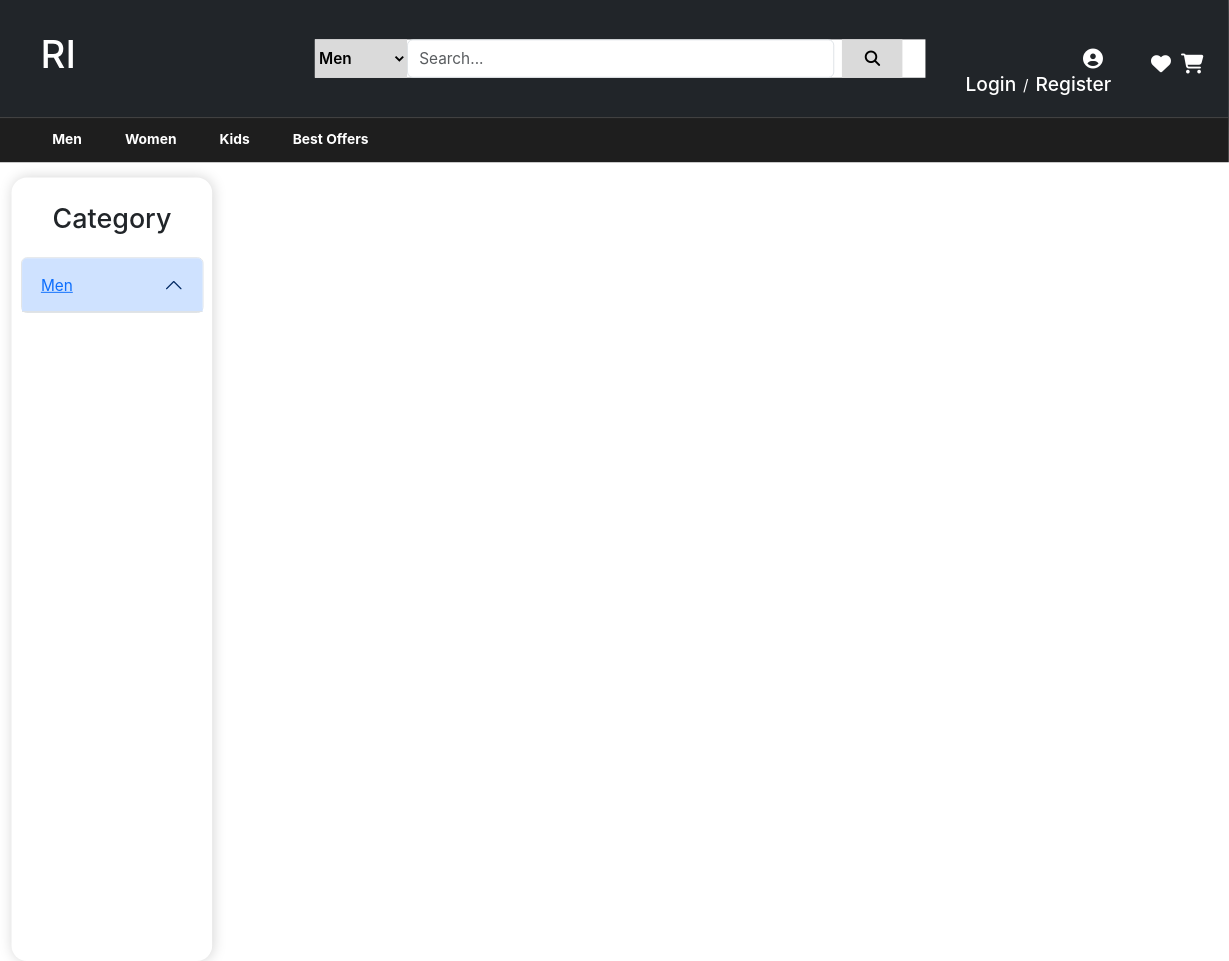
Repository: KodandaraoChellapilli/e-store
Page: /
These files come from the project's save history. The page is drawn as it stood at one moment and after the next save; the edit follows.
The browser window is 1280 px wide. The pictures show the whole page, at 96% of full size.
The project was rebuilt for these pictures with package versions that can differ from the ones it lists, and the page was loaded fresh each time. Also part of the build but not shown: src/App.css.

Above is the page before, as saved 2025-06-09 14:53:07.

After the next save:
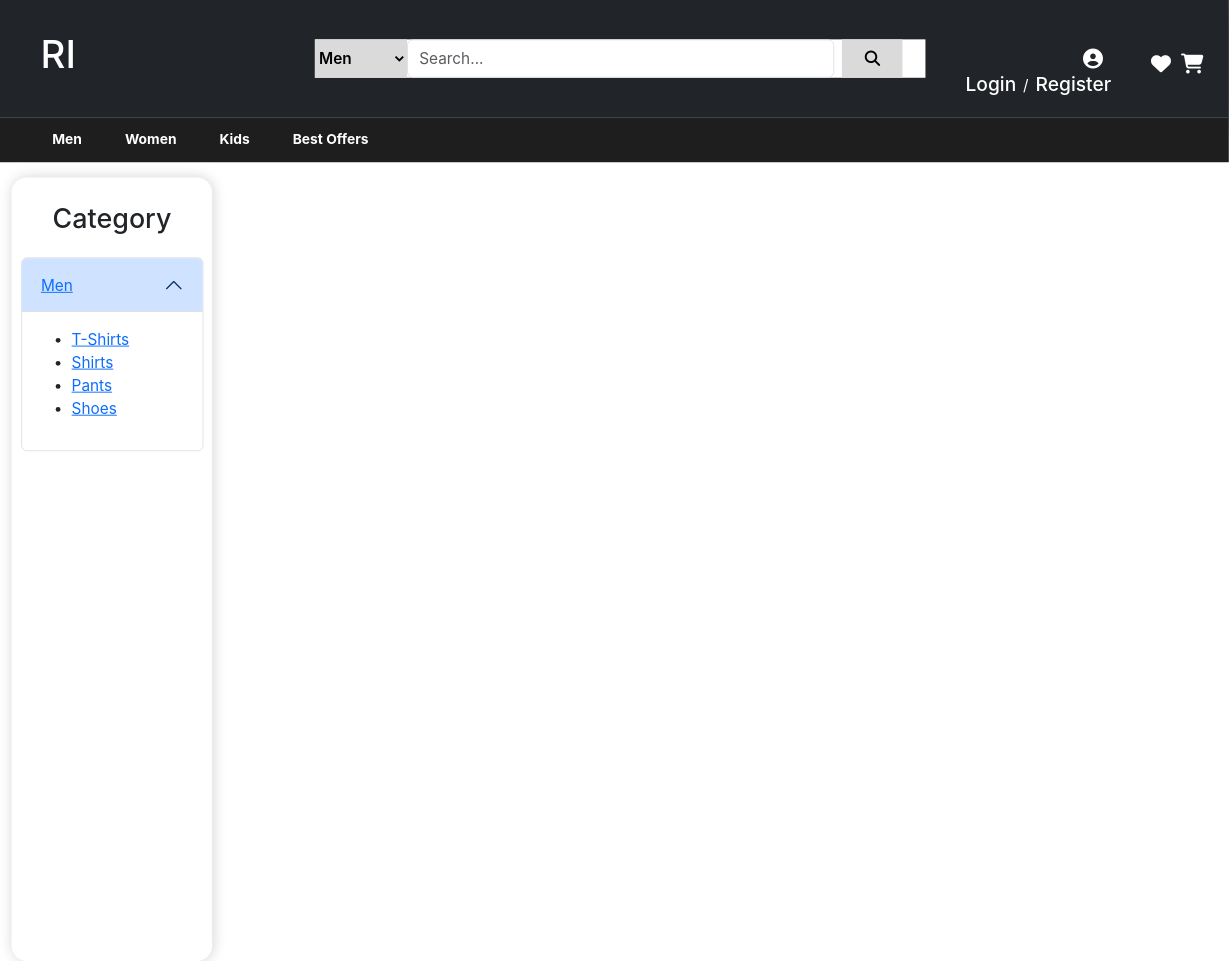
Saved 108 s later.
--- a/src/Components/SideNav/index.js
+++ b/src/Components/SideNav/index.js
@@ -21,6 +21,18 @@ const SideNav =()=>{
 
                     </div>
 
+                    <div className='accordion-collapse collapse show'>
+                        <div className='accordion-body'>
+                            <ul className='category-list'>
+                                <li><a href='#'>T-Shirts</a></li>
+                                <li><a href='#'>Shirts</a></li>
+                                <li><a href='#'>Pants</a></li>
+                                <li><a href='#'>Shoes</a></li>
+                            </ul>
+                        </div>
+
+                    </div>
+
 
 
                 </div>
